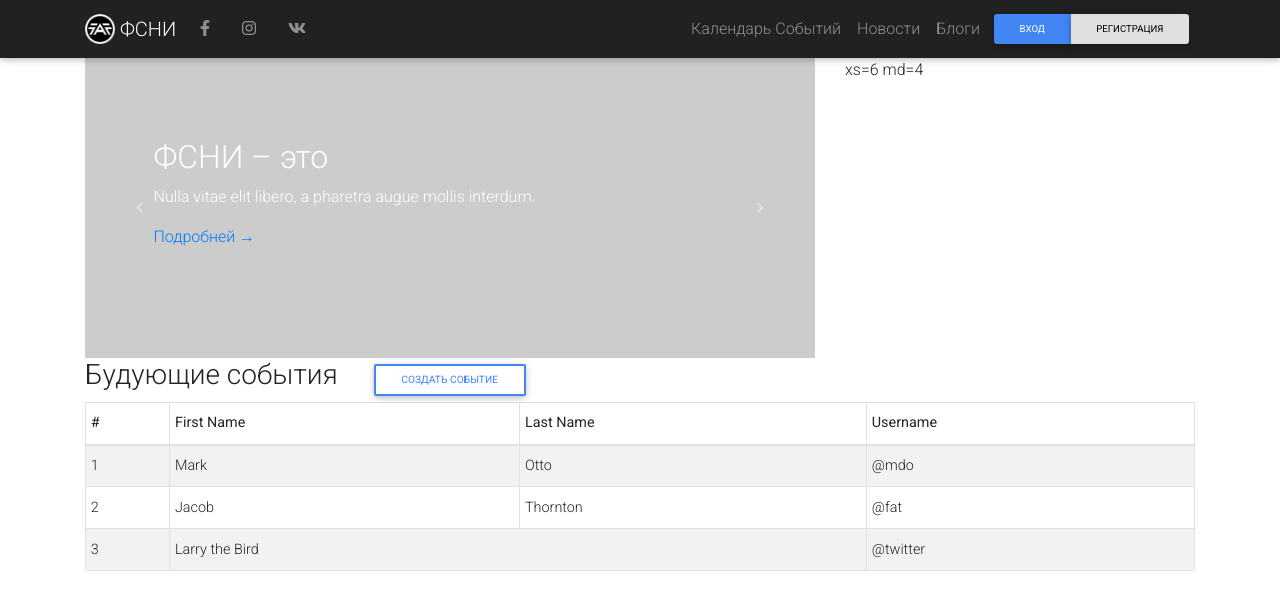
Repository: alexey1986/fsni_test
Page: /
The author's editor kept a copy of each file at every save. The page is drawn from the files as they stood at one save, then again after the next save.
The browser window is 1280 px wide. The pictures show the whole page.
The project was rebuilt for these pictures with package versions that can differ from the ones it lists, and the page was loaded fresh each time. Also part of the build but not shown: src/pages/calendar.jsx, src/pages/news.jsx, src/pages/blogs.jsx.

Above is the page before, as saved 2020-08-29 10:24:22.

### src/index.js
import React from 'react';
import ReactDOM from 'react-dom';
import 'bootstrap/dist/css/bootstrap.min.css';
import '@fortawesome/fontawesome-free/css/all.min.css';
//import 'bootstrap-css-only/css/bootstrap.min.css';
import 'mdbreact/dist/css/mdb.css';


import App from './App';
import * as serviceWorker from './serviceWorker';

ReactDOM.render(
  <React.StrictMode>
    <App />
  </React.StrictMode>,
  document.getElementById('root')
);

// If you want your app to work offline and load faster, you can change
// unregister() to register() below. Note this comes with some pitfalls.
// Learn more about service workers: https://bit.ly/CRA-PWA
serviceWorker.unregister();

### src/App.js
import React from 'react';
import { BrowserRouter as Router, Route } from "react-router-dom";
import NavBarComponent from './components/nav/NavBar';
import Home from './pages/home';
import Calendar from './pages/calendar';
import News from './pages/news';
import Blogs from './pages/blogs';

const App = () => {
  return (
    <Router>
      <NavBarComponent></NavBarComponent>
      <Route path="/" exact component={Home} />
      <Route path="/calendar" exact component={Calendar} />
      <Route path="/news" exact component={News} />
      <Route path="/blogs" exact component={Blogs} />
    </Router>
  )
}


export default App;

### src/components/nav/NavBar.jsx
import React from 'react';
import { Link, NavLink } from "react-router-dom";
import { Container, Navbar, Nav, ButtonGroup, Button } from 'react-bootstrap';
import SocialButtons from './SocialButtons';
import logo from './logo.png';

const NavBarComponent = () => {
    return (
        <Navbar bg="dark" expand="lg" variant="dark" sticky="top" >
            <Container>
                <Navbar.Brand as={Link} to='/'>
                    <img
                        alt=""
                        src={logo}
                        width="30"
                        height="30"
                        className="d-inline-block align-top"
                    />{' '}
                    ФСНИ
                </Navbar.Brand>
                <Navbar.Toggle aria-controls="basic-navbar-nav" />
                <Navbar.Collapse id="basic-navbar-nav">
                    <SocialButtons />
                    <Nav>
                        <Nav.Link as={NavLink} to='/calendar'>Календарь Событий</Nav.Link>
                        <Nav.Link as={NavLink} to='/news'>Новости</Nav.Link>
                        <Nav.Link as={NavLink} to='/blogs'>Блоги</Nav.Link>
                    </Nav>
                    <ButtonGroup size="sm" aria-label="login/registration">
                        <Button variant="primary">Вход</Button>
                        <Button variant="light">Регистрация</Button>
                    </ButtonGroup>
                </Navbar.Collapse>
            </Container>
        </Navbar>
    )
}

export default NavBarComponent;

### src/pages/home.jsx
import React from 'react';
import { Container, Row, Col, Button, Table } from 'react-bootstrap';
import CarouselComponent from '../components/carousel/Carousel';

const Home = () => {
    return (
        <Container>
            <section>
                <Row>
                    <Col xs={12} md={8}>
                        <CarouselComponent />
                    </Col>
                    <Col xs={6} md={4}>
                        xs=6 md=4
                </Col>
                </Row>
            </section>

            <section>
                <Row>
                    <Col md="auto">
                        <h3>Будующие события</h3>
                    </Col>
                    <Col>
                        <Button variant="outline-primary" size="sm">Создать Событие</Button>{' '}
                    </Col>
                </Row>

                <Table striped bordered hover size="sm">
                    <thead>
                        <tr>
                            <th>#</th>
                            <th>First Name</th>
                            <th>Last Name</th>
                            <th>Username</th>
                        </tr>
                    </thead>
                    <tbody>
                        <tr>
                            <td>1</td>
                            <td>Mark</td>
                            <td>Otto</td>
                            <td>@mdo</td>
                        </tr>
                        <tr>
                            <td>2</td>
                            <td>Jacob</td>
                            <td>Thornton</td>
                            <td>@fat</td>
                        </tr>
                        <tr>
                            <td>3</td>
                            <td colSpan="2">Larry the Bird</td>
                            <td>@twitter</td>
                        </tr>
                    </tbody>
                </Table>
            </section>
        </Container>
    )
}

export default Home;

### src/components/nav/SocialButtons.jsx
import React from 'react';
import { Nav } from 'react-bootstrap';
import { MDBIcon } from 'mdbreact';

const SocialButtons = () => {
  return (
    <Nav className="mr-auto" >
      <Nav.Link href="#!" className="fb-ic mr-3">
        <MDBIcon fab icon="facebook-f" />
      </Nav.Link>
      <Nav.Link href="#!" className="ins-ic mr-3">
        <MDBIcon fab icon="instagram" />
      </Nav.Link>
      <Nav.Link href="#!" className="vk-ic mr-3">
        <MDBIcon fab icon="vk" />
      </Nav.Link>
    </Nav>
  );
}

export default SocialButtons;

### src/components/carousel/Carousel.jsx
import React from 'react';
import { Carousel } from 'react-bootstrap';
import { Link } from "react-router-dom";
import './styles.css';


class CarouselComponent extends React.Component {
    render() {
        return (
            <Carousel indicators={false}>
                <Carousel.Item>
                    <Carousel.Caption>
                        <h2>ФСНИ – это </h2>
                        <p>Nulla vitae elit libero, a pharetra augue mollis interdum.</p>
                        <p>
                            <Link to='/'>Подробней &#8594;</Link>
                        </p>
                    </Carousel.Caption>
                </Carousel.Item>
                <Carousel.Item>
                    <Carousel.Caption>
                        <h2>ФСНИ – это </h2>
                        <p>Lorem ipsum dolor sit amet, consectetur adipiscing elit. Vivamus magna justo, lacinia eget consectetur sed, convallis at tellus.</p>
                        <p>
                            <Link to='/'>Подробней &#8594;</Link>
                        </p>
                    </Carousel.Caption>
                </Carousel.Item>
                <Carousel.Item>
                    <Carousel.Caption>
                        <h2>ФСНИ – это </h2>
                        <p>Lorem ipsum dolor sit amet, consectetur adipiscing elit. Vivamus magna justo, lacinia eget consectetur sed, convallis at tellus.</p>
                        <p>
                            <Link to='/'>Подробней &#8594;</Link>
                        </p>
                    </Carousel.Caption>
                </Carousel.Item>
            </Carousel>
        )
    }
}

export default CarouselComponent;

### src/components/carousel/styles.css
.carousel-item {
    background: #ccc;
    height: 300px;
}

.carousel-caption {
    top: 20%;
    bottom: auto;
    text-align: left;
}

Loaded but not shown: public/index.html (common file); src/serviceWorker.js (common file)

After the next save:
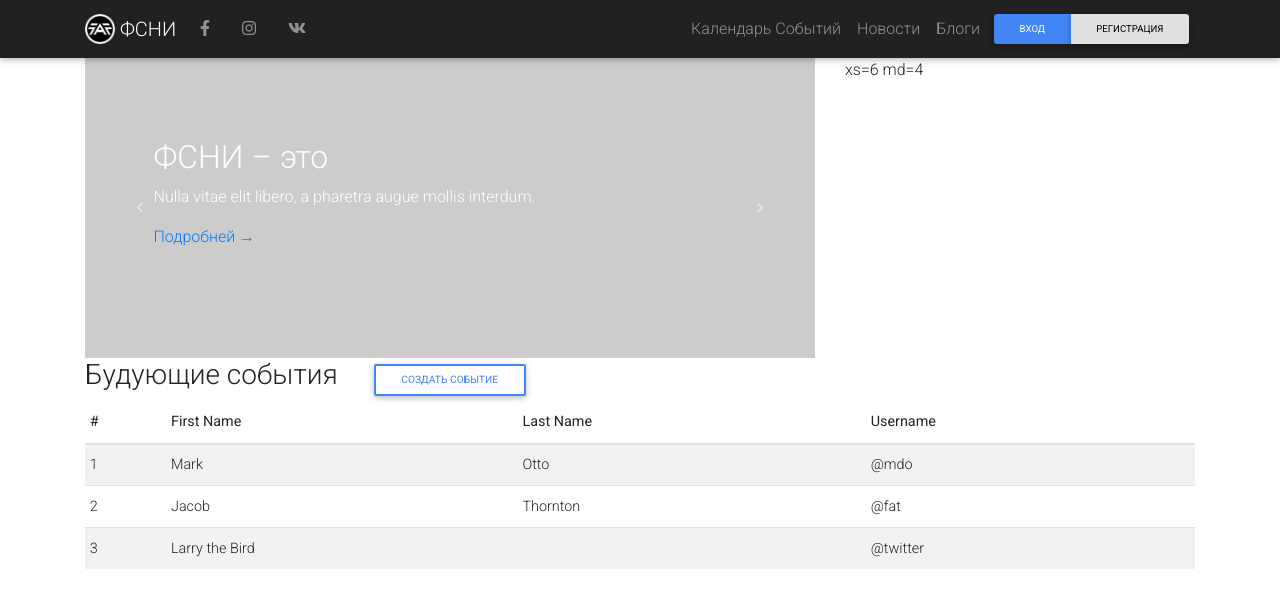
Saved 13 s later.
--- a/src/pages/home.jsx
+++ b/src/pages/home.jsx
@@ -26,7 +26,7 @@
                     </Col>
                 </Row>
 
-                <Table striped bordered hover size="sm">
+                <Table striped hover size="sm">
                     <thead>
                         <tr>
                             <th>#</th>
